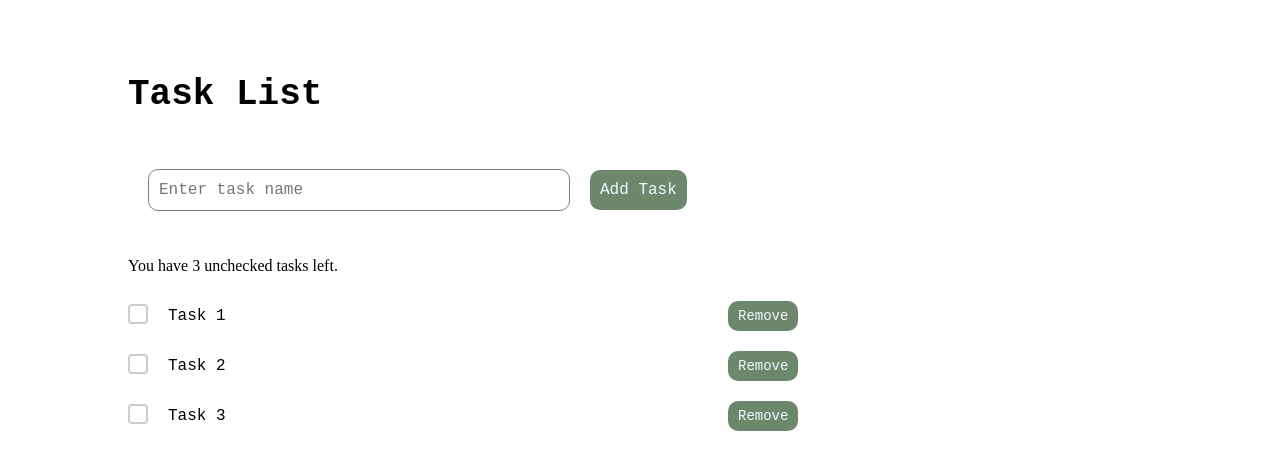
Repository: SandyLy453/task-list
Page: /
These files come from the project's save history. The page is drawn as it stood at one moment and after the next save; the edit follows.
The browser window is 1280 px wide. The pictures show the whole page.
The project was rebuilt for these pictures with package versions that can differ from the ones it lists, and the page was loaded fresh each time. Also part of the build but not shown: vite.config.js.

Above is the page before, as saved 2024-10-11 15:40:21.

After the next save:
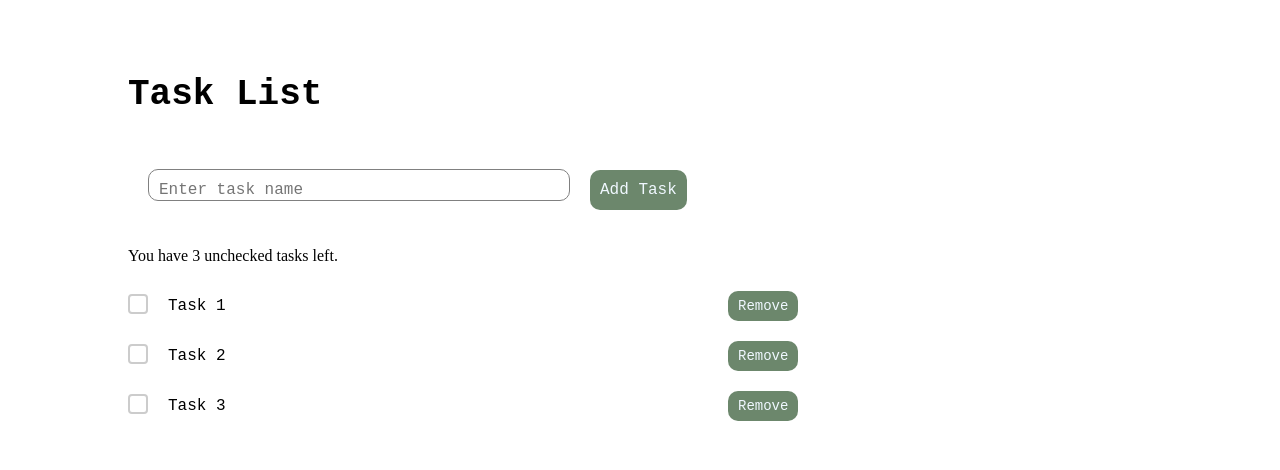
Saved 19 s later.
--- a/src/index.css
+++ b/src/index.css
@@ -15,7 +15,7 @@
 .input {
   height: 20px;
   width: 400px;
-  padding: 10px;
+  padding: 10px 10px 0 10px;
   font-size: 16px;
   font-family: monospace;
   margin: 20px;
